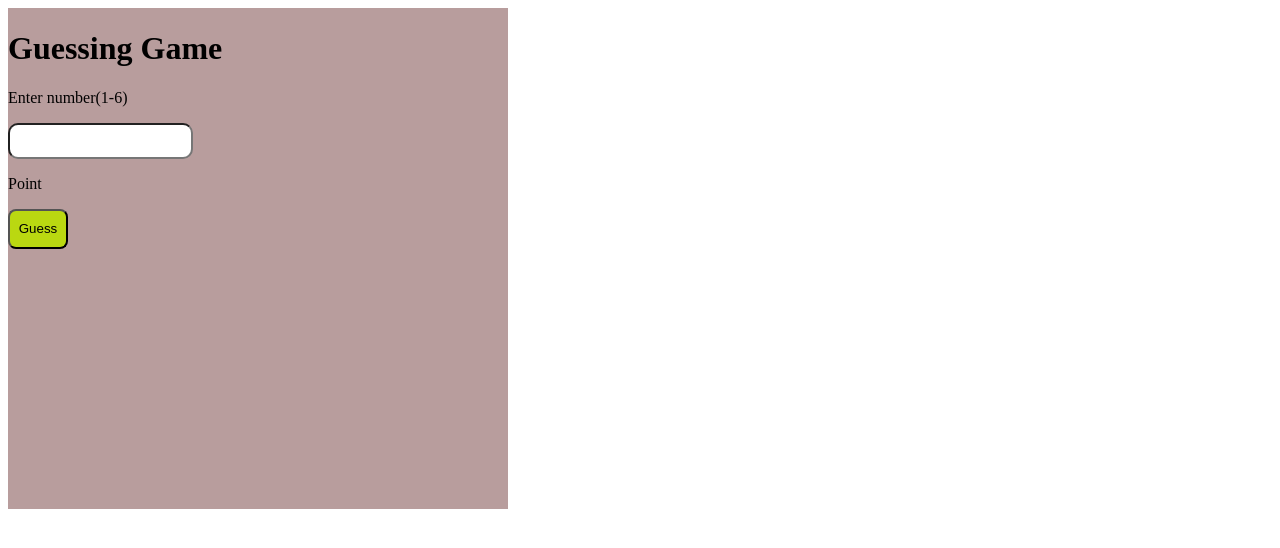
Repository: sedashahnazaryan/Guessing-Game
Page: index.html
These files come from the project's save history. The page is drawn as it stood at one moment and after the next save; the edit follows.
The browser window is 1280 px wide. The pictures show the whole page.

Above is the page before, as saved 2022-02-23 19:35:50.

After the next save:
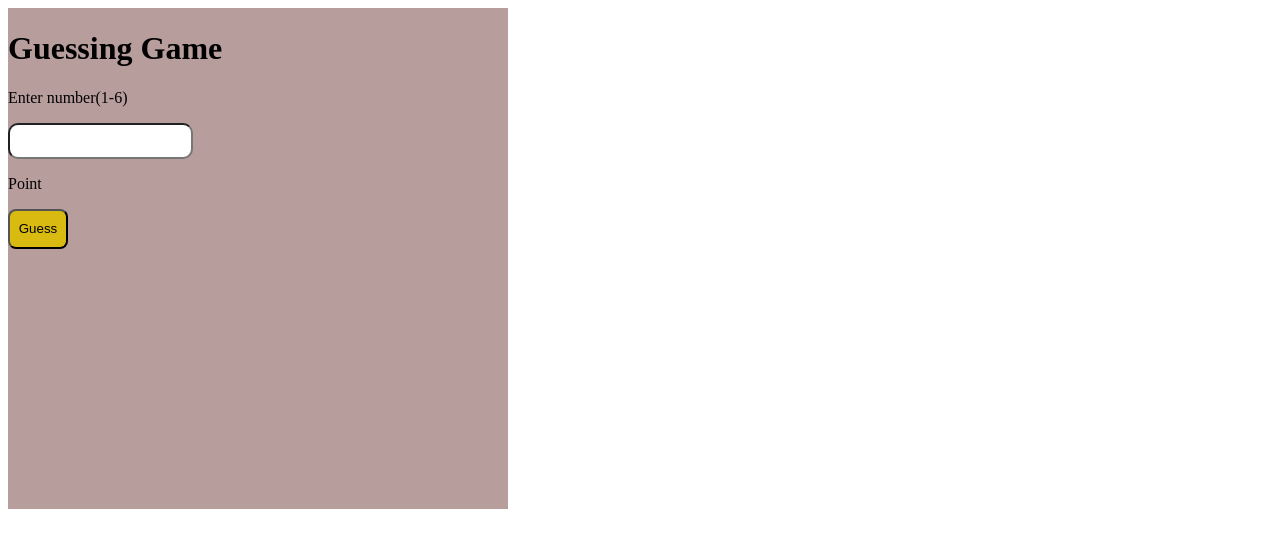
Saved 11 s later.
--- a/index.css
+++ b/index.css
@@ -13,5 +13,5 @@
     height: 40px;
     width: 60px;
     border-radius: 8px;
-    background-color: rgb(186, 216, 17);
+    background-color: rgb(216, 186, 17);
 }
